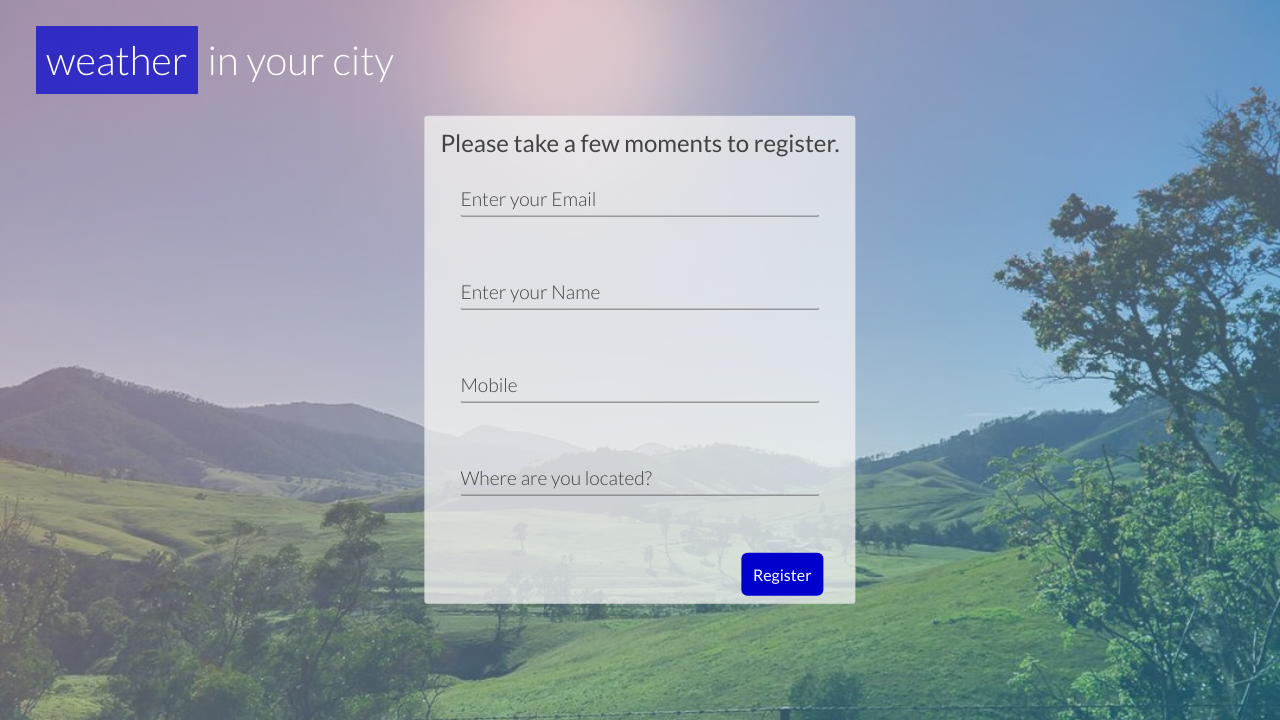
Repository: nosplashurinal/weather-app
Page: /
An editor plug-in stored every save of this project. The page is shown before and after the next save, followed by the edit.
The browser window is 1280 px wide. The pictures show the whole page.
The project was rebuilt for these pictures with package versions that can differ from the ones it lists, and the page was loaded fresh each time. Also part of the build but not shown: src/components/RecentSearches.vue, src/components/Search.vue, src/components/WeatherDataBlock.vue, src/components/Login.vue.

Above is the page before, as saved 2018-12-31 18:20:20.

### public/index.html
<!DOCTYPE html>
<html lang="en">

<head>
	<meta charset="utf-8">
	<meta http-equiv="X-UA-Compatible" content="IE=edge">
	<meta name="viewport" content="width=device-width,initial-scale=1.0">
	<link rel="icon" href="<%= BASE_URL %>favicon.ico">
	<link href="https://fonts.googleapis.com/css?family=Lato:300,400" rel="stylesheet">
	<title>weather-app</title>
</head>

<body>
	<noscript>
		<strong>We're sorry but weather-app doesn't work properly without JavaScript enabled. Please enable it to continue.</strong>
	</noscript>
	<div id="app"></div>
	<!-- built files will be auto injected -->
</body>

</html>

### src/App.vue
<template>
  <div class="root-container">
    <div class="bg" v-bind:style="{backgroundImage: `url(${bg})`}"></div>
    <div class="overlay"></div>
    <div class="title">
      <span>weather</span>
      <span>in your city</span>
    </div>
    <Login v-bind:isLoginError="isLoginError" v-if="!loginSuccess && !showRegistration" v-on:on-login="attemptLogin" v-on:open-registration="showRegistration = true" />
    <Registration v-if="showRegistration" v-on:on-success="showRegistration = false" />
    <div v-if="loginSuccess" class="search-container" v-bind:class="{resultActive: showResults}">
      <Search
        v-bind:message="message"
        v-bind:showLoading="isLoadingResults"
        v-bind:isError="isError"
        v-on:on-key-press="onClickSearch"
        v-on:on-change="onInputChange"
      />
      <transition name="ease">
        <div class="results-container" v-if="showResults">
          <WeatherDataBlock v-bind:weatherData="weatherData"/>
        </div>
      </transition>
    </div>
  </div>
</template>

<script>
import Search from "./components/Search.vue";
import WeatherDataBlock from "./components/WeatherDataBlock.vue";
import Login from "./components/Login.vue";
import Registration from "./components/Registration.vue";
import axios from "axios";

export default {
  name: "app",
  components: {
    Search,
    WeatherDataBlock,
    Login,
    Registration
  },
  data() {
    return {
      currentQueryValue: null,
      results: [],
      showResults: false,
      address: null,
      isError: false,
      message: null,
      searchQuery: null,
      isLoadingResults: false,
      units: "metric",
      weatherData: undefined,
      bg: "/images/bg.jpg",
      weatherBg: null,
      screenWidth: window.innerWidth,
      screenHeight: window.innerHeight,
      showRegistration: false,
      loginSuccess: false,
      isLoginError: false
    };
  },
  created: function() {
    if (!JSON.parse(window.localStorage.getItem("user"))) {
      this.showRegistration = true;
    }
  },
  mounted: function() {
    if (JSON.parse(window.localStorage.getItem("searches"))) {
      this.validateRecentSearches();
    }
  },
  watch: {
    async searchQuery(newQuery) {
      let storedWeatherData;
      this.showResults = false;

      // Check if anything is saved in localStorage
      if (window.localStorage.getItem("searches")) {
        // Now, check if the current query matches anything in localStorage
        storedWeatherData = this.getFromLocalStorage(newQuery);
      } else {
        // Create an empty object in localStorage
        window.localStorage.setItem("searches", null);
      }
      if (storedWeatherData) {
        this.isLoadingResults = true;
        // Translate localStorage data into the format needed to display the data
        setTimeout(
          () =>
            (this.weatherData = this.parseStoredWeatherData(
              storedWeatherData.result
            )),
          0.0001
        );
      } else {
        this.isLoadingResults = true;
        try {
          let weatherData = await this.fetchWeatherDataForCity(
            this.searchQuery
          );
          const formattedData = this.parseApiResponse(newQuery, weatherData);
          this.pushDataToLocalStorage(formattedData);
          this.weatherData = formattedData.result;
        } catch {
          this.isLoadingResults = false;
          this.isError = true;
        }
      }
    },
    weatherData() {
      this.isLoadingResults = false;
      this.showResults = true;
      this.changeBackgroundImage();
    }
  },
  methods: {
    async validateRecentSearches() {
      let storedData = window.localStorage.getItem("searches");
      let storedDataObject = JSON.parse(storedData);
      let promiseArray = [];
      let newDataObject = [];
      storedDataObject.forEach(({ result }) => {
        promiseArray.push(this.fetchWeatherDataForCity(result.name));
      });
      let responseArray = await Promise.all(promiseArray);
      responseArray.forEach((data, index) => {
        const formattedData = this.parseApiResponse(
          storedDataObject[index].query,
          data
        );
        newDataObject.push(formattedData);
      });
      window.localStorage.setItem("searches", JSON.stringify(newDataObject));
    },
    timeDifferenceBetwenNowAndDate(d) {
      const date = new Date(d * 1000);
      const now = new Date();
      return (now.getTime() - date.getTime()) / (1000 * 60);
    },
    attemptLogin(e) {
      const user = window.localStorage.getItem("user");
      if (user === e) {
        this.loginSuccess = true;
      } else {
        this.isLoginError = true;
      }
    },
    onInputChange() {
      if (this.isError) this.isError = false;
    },
    pushDataToLocalStorage(newDataItem) {
      let storedData = window.localStorage.getItem("searches");
      let storedDataObject = JSON.parse(storedData);
      let newDataObject = [];
      if (storedDataObject) {
        newDataObject = [...storedDataObject, newDataItem];
      } else {
        newDataObject.push(newDataItem);
      }
      window.localStorage.setItem("searches", JSON.stringify(newDataObject));
    },
    parseApiResponse(query, data) {
      return {
        query,
        result: {
          id: data.sys.id,
          temp: data.main.temp,
          name: data.name,
          country: data.sys.country,
          icon: data.weather[0].icon,
          description: data.weather[0].description,
          date: data.dt,
          humidity: data.wind.speed,
          wind: data.main.humidity
        }
      };
    },
    parseStoredWeatherData(data) {
      return {
        name: data.name,
        country: data.country,
        humidity: data.humidity,
        temp: data.temp,
        wind: data.wind,
        icon: data.icon,
        description: data.description,
        date: data.date
      };
    },
    getFromLocalStorage(i) {
      const localStorage = window.localStorage;
      const searchObject = JSON.parse(localStorage.getItem("searches"));
      if (searchObject) {
        return searchObject.find(item => item.query === i);
      } else {
        return null;
      }
    },
    onClickSearch(e) {
      this.searchQuery = e;
    },
    fetchWeatherDataForCity(city) {
      return new Promise((resolve, reject) => {
        axios
          .get(
            `http://api.openweathermap.org/data/2.5/weather?q=${city}&APPID=7c519880689160b16f5d233f16f2868d${
              this.units === "metric" ? "&units=metric" : ""
            }`
          )
          .then(response => {
            if (response.status === 404) {
              reject(response.err);
            } else {
              resolve(response.data);
            }
          })
          .catch(() => {
            this.isError = true;
            this.isLoadingResults = false;
            return;
          });
      });
    },
    changeBackgroundImage() {
      var newImg = new Image();
      newImg.onload = () => (this.bg = newImg.src);
      newImg.src = `https://loremflickr.com/1920/1080/${
        this.weatherData.description
      }`;
    }
  }
};
</script>

<style lang="scss" src="@/styles/app.scss">
</style>

### src/styles/app.scss
@import "./global.scss";
@import "./constants.scss";

.root-container {
  width: 100%;
  height: auto;
  overflow-y: scroll;
  overflow-x: hidden;
  font-size: 16px;
}
.bg {
  position: absolute;
  background-repeat: no-repeat;
  background-size: cover;
  background-position: center;
  -webkit-transition: background-image 500ms ease-in-out;
  transition: background-image 500ms ease-in-out;
  width: 100%;
  height: 100%;
}
.overlay {
  position: absolute;
  width: 100%;
  height: 100%;
  background-image: linear-gradient(
    to bottom right,
    rgba(230, 154, 154, 0.65),
    rgba(44, 181, 232, 0.4)
  );
}
.title {
  position: absolute;
  top: 36px;
  left: 36px;
  width: auto;
  height: auto;
  text-align: center;
  font-size: 2.5em;
  color: #fff;
  font-family: $font-primary;
  font-weight: 100;
  > span {
    padding: 0.25em;
    &:nth-child(1) {
      background-color: rgba($blue, 0.7);
    }
  }
}
.search-container {
  position: absolute;
  top: 50%;
  transform: translate(-50%, -50%);
  left: 50%;
  .results-container {
    margin-top: 4em;
    z-index: 9;
  }
}
.ease-enter-active,
.ease-leave-active {
  transition: all 900ms cubic-bezier(0, 0.57, 0.01, 0.97);
}
.ease-enter, .ease-leave-to /* .fade-leave-active below version 2.1.8 */ {
  opacity: 0;
  transform: scale(0.9) translate(0, 50px);
}
.slide-enter-active, .slide-leave-active {
  transition: opacity 350ms ease-in-out;
}
.slide-enter /* .fade-leave-active below version 2.1.8 */ {
  opacity: 0;
}

### src/styles/global.scss
html, body {
	position: relative;
	width: 100%;
	height: 100%;
}

body {
	color: #333;
	margin: 0;
	padding: 0;
	box-sizing: border-box;
	font-family: -apple-system, BlinkMacSystemFont, "Segoe UI", Roboto, Oxygen-Sans, Ubuntu, Cantarell, "Helvetica Neue", sans-serif;
}

a {
	color: rgb(0,100,200);
	text-decoration: none;
}

a:hover {
	text-decoration: underline;
}

a:visited {
	color: rgb(0,80,160);
}

label {
	display: block;
}

input, button, select, textarea {
	font-family: inherit;
	font-size: inherit;
	padding: 0.4em;
	margin: 0 0 0.5em 0;
	box-sizing: border-box;
	border: 1px solid #ccc;
	border-radius: 2px;
}

input:disabled {
	color: #ccc;
}

button {
	background-color: #f4f4f4;
	outline: none;
}

button:active {
	background-color: #ddd;
}

button:focus {
	border-color: #666;
}

p {
	margin: 0;
	padding: 0;
}

ul {
	list-style: none;
}
input:focus {
	outline: 0;
}
button {
	border: 0;
}

### src/styles/constants.scss
$blue: rgb(0, 0, 205);
$font-primary: "Lato", sans-serif;

### src/components/Registration.vue
<template>
  <div class="registration">
    <p>Please take a few moments to register.</p>
    <div class="fields-container">
      <input
        placeholder="Enter your Email"
        autofocus
        autocomplete="off"
        type="email"
        name="email"
        class="email"
        id="email"
        v-model="email"
      >
      <input
        placeholder="Enter your Name"
        autofocus
        autocomplete="off"
        type="text"
        name="name"
        class="name"
        id="name"
        v-model="name"
      >
      <input
        placeholder="Mobile"
        autofocus
        autocomplete="off"
        type="phone"
        name="mobile"
        class="mobile"
        id="mobile"
        v-model="mobile"
      >
      <input
        placeholder="Where are you located?"
        autofocus
        autocomplete="off"
        type="text"
        name="location"
        class="location"
        id="location"
        v-model="location"
      >
    </div>
    <button type="button" class="next" v-on:click="onRegister">Register</button>
  </div>
</template>
<script>
export default {
  name: "Registration",
  data() {
    return {
      email: null,
      name: null,
      mobile: null,
      location: null
    };
  },
  methods: {
    onRegister() {
      const { email, name, mobile, location } = this;
      const userObject = {
        email,
        name,
        mobile,
        location
      };
      window.localStorage.setItem("user", JSON.stringify(userObject));
      this.$emit("on-success");
    }
  }
};
</script>
<style lang="scss" src="@/styles/registration.scss">
</style>

### src/styles/registration.scss
@import "./constants.scss";

.registration {
  position: absolute;
  top: 50%;
  transform: translate(-50%, -50%);
  left: 50%;
  background: rgba(#f2f2f2, 0.75);
  border-radius: 3px;
  font-family: "Lato", sans-serif;
  padding: 0 1em;
  p {
    color: #434343;
    position: relative;
    font-size: 1.5em;
    padding: 0.5em 0;
    margin-bottom: 0.5em;
  }
  .fields-container {
    position: relative;
    padding: 0 1.25em;
    ::-webkit-input-placeholder { /* Chrome/Opera/Safari */
      color: #434343;
    }
    ::-moz-placeholder { /* Firefox 19+ */
      color: #434343;
    }
    input {
      color: #434343;
      background: transparent;
      border: 0;
      display: block;
      border-bottom: 1px solid #434343;
      font-size: 1.2em;
      font-weight: 300;
      margin: 0;
      width: 100%;
      height: auto;
      padding: 0;
      padding: 0.3em 0;
      margin-bottom: 3em;
      &::focus {
        background: transparent;
        border: 0;
        border-bottom: 1px solid #434343;
        outline: none;
        box-shadow: none;
      }
    }
  }
  .next {
    background: $blue;
    color: #fff;
    padding: 0.75em;
    margin-right: 1em;
    border-radius: 6px;
    cursor: pointer;
    float: right;
  }
}

Loaded but not shown: src/main.js (common file)

After the next save:
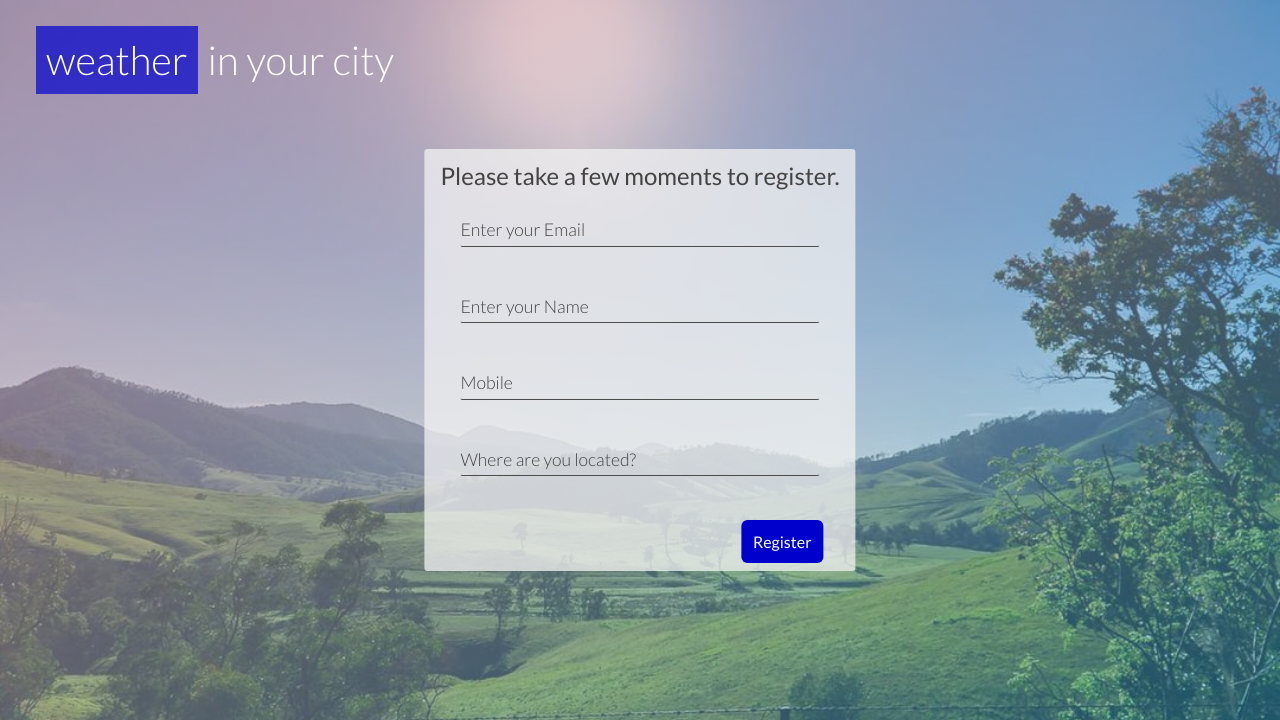
Saved 9 s later.
--- a/src/styles/registration.scss
+++ b/src/styles/registration.scss
@@ -31,14 +31,14 @@
       border: 0;
       display: block;
       border-bottom: 1px solid #434343;
-      font-size: 1.2em;
+      font-size: 1.1em;
       font-weight: 300;
       margin: 0;
       width: 100%;
       height: auto;
       padding: 0;
       padding: 0.3em 0;
-      margin-bottom: 3em;
+      margin-bottom: 2.5em;
       &::focus {
         background: transparent;
         border: 0;
